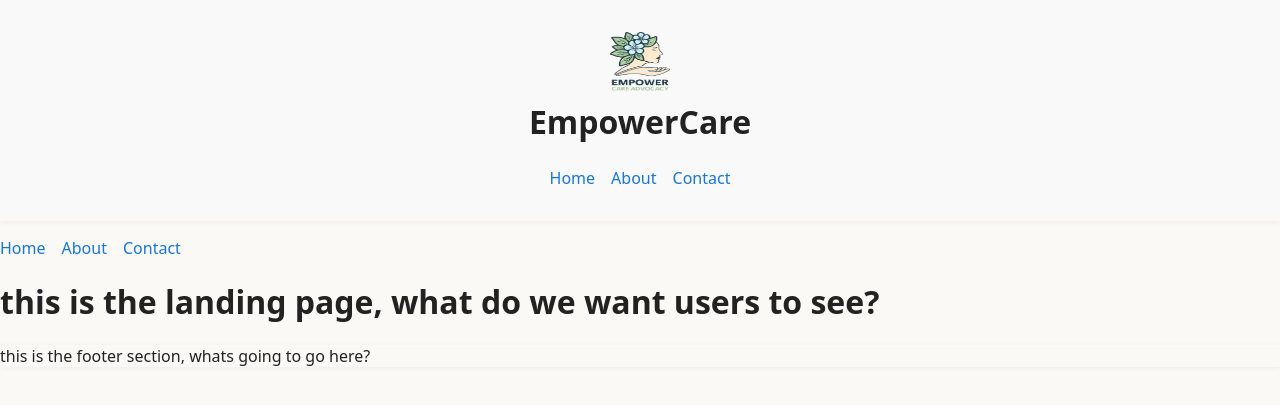
Repository: mcamarco/empowercare
Page: /
These files come from the project's save history. The page is drawn as it stood at one moment and after the next save; the edit follows.
The browser window is 1280 px wide. The pictures show the whole page.
The project was rebuilt for these pictures with package versions that can differ from the ones it lists, and the page was loaded fresh each time. The framework's server and built-in components were replaced by stand-ins that run in the browser. Also part of the build but not shown: next.config.ts.

Above is the page before, as saved 2025-05-29 12:25:45.

### src/app/layout.tsx
// Imports
import Navigation from '@/components/Navigation'
import Header from '@/components/Header'
import Footer from '@/components/Footer'
import './globals.css'

// Export the RootLayout component as the default export
export default function RootLayout({ children }) {
  // The RootLayout component receives 'children' as a prop, which will be the content of each specific page
  return (
    // Set the language of the HTML document to English
    <html lang="en">
      <body>
        {/* Render the Header component at the top of every page */}
        <Header />
        {/* Render the Navigation component below the header on every page */}
        <Navigation />
        {/* Render the main content of the current page */}
        <main>
          {children}
        </main>
        {/* Render the Footer component at the bottom of every page */}
        <Footer />
      </body>
    </html>
  )
}

### src/app/page.tsx
export default function Home() {
  return (
    <main>
      <h1>this is the landing page, what do we want users to see? </h1>
    </main>
  );
}

### src/components/Navigation.tsx
import Link from "next/link";

export default function Navigation() {
  return (
    <nav style={{ marginTop: "1rem" }}>
      <Link href="/" style={{ marginRight: "1rem" }}>Home</Link>
      <Link href="/about" style={{ marginRight: "1rem" }}>About</Link>
      <Link href="/contact">Contact</Link>
    </nav>
  );
}

### src/components/Header.tsx
import Image from "next/image";
import Navigation from "./Navigation";

export default function Header() {
  return (
    <header style={{ padding: "2rem 0", textAlign: "center", background: "#f9f9f9" }}>
      <div style={{ display: "flex", flexDirection: "column", alignItems: "center" }}>
        <Image src="/logo.png" alt="Company Logo" width={60} height={60} />
        <h1 style={{ margin: "0.5rem 0 0.5rem 0" }}>EmpowerCare</h1>
      </div>
      <Navigation />
    </header>
  );
}

### src/components/Footer.tsx
export default function Footer() {
  return (
    <footer>
      <p> this is the footer section, whats going to go here?</p>
    </footer>
  );
}

### src/app/globals.css
body {
  margin: 0;
  font-family: system-ui, sans-serif;
  background: #faf9f6;
  color: #222;
}

a {
  text-decoration: none;
  color: #1976d2;
}

a:hover {
  text-decoration: underline;
}

header, footer {
  box-shadow: 0 1px 6px rgba(0,0,0,0.05);
}

After the next save:
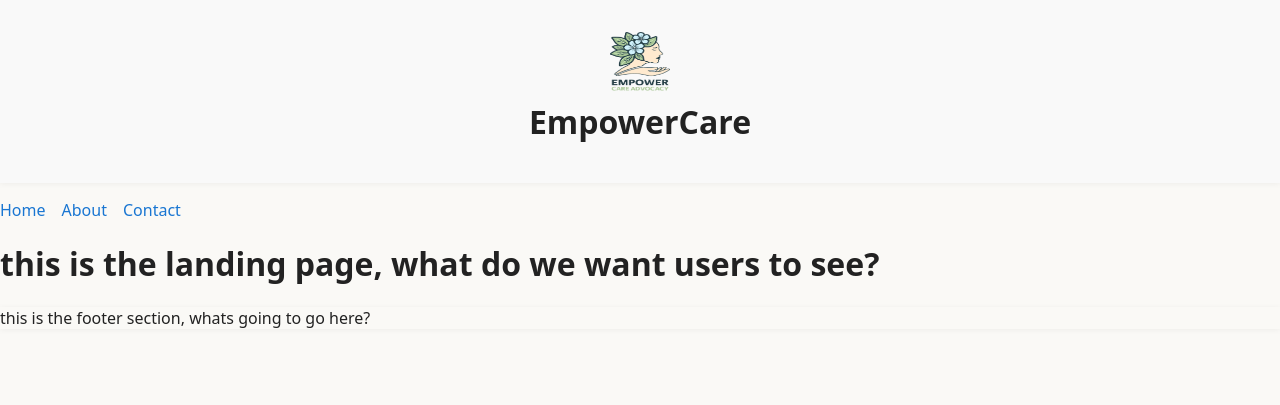
Saved 4 min 34 s later.
--- a/src/components/Header.tsx
+++ b/src/components/Header.tsx
@@ -8,7 +8,7 @@
         <Image src="/logo.png" alt="Company Logo" width={60} height={60} />
         <h1 style={{ margin: "0.5rem 0 0.5rem 0" }}>EmpowerCare</h1>
       </div>
-      <Navigation />
+      {/* <Navigation /> */}
     </header>
   );
 }

After the save that followed:
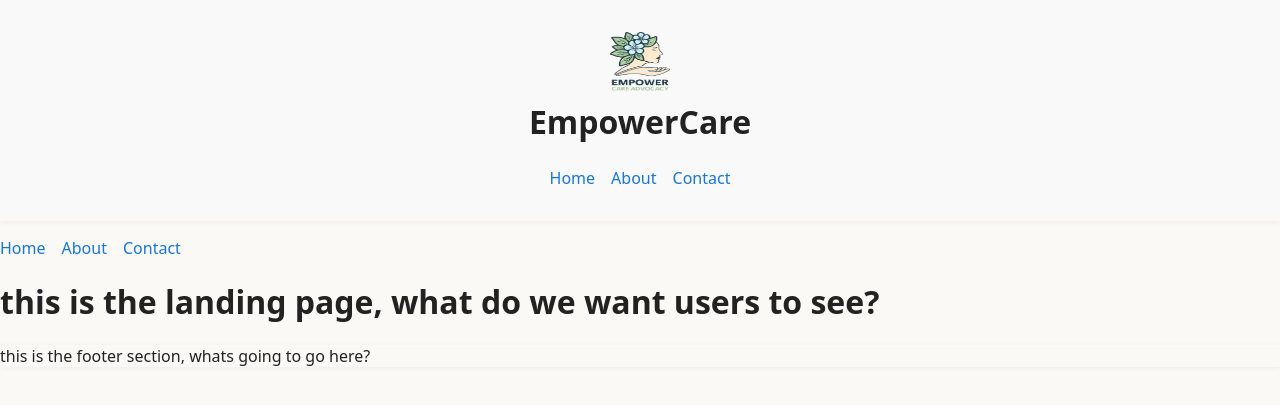
Saved 16 s later.
--- a/src/components/Header.tsx
+++ b/src/components/Header.tsx
@@ -8,7 +8,7 @@
         <Image src="/logo.png" alt="Company Logo" width={60} height={60} />
         <h1 style={{ margin: "0.5rem 0 0.5rem 0" }}>EmpowerCare</h1>
       </div>
-      {/* <Navigation /> */}
+      <Navigation />
     </header>
   );
 }
